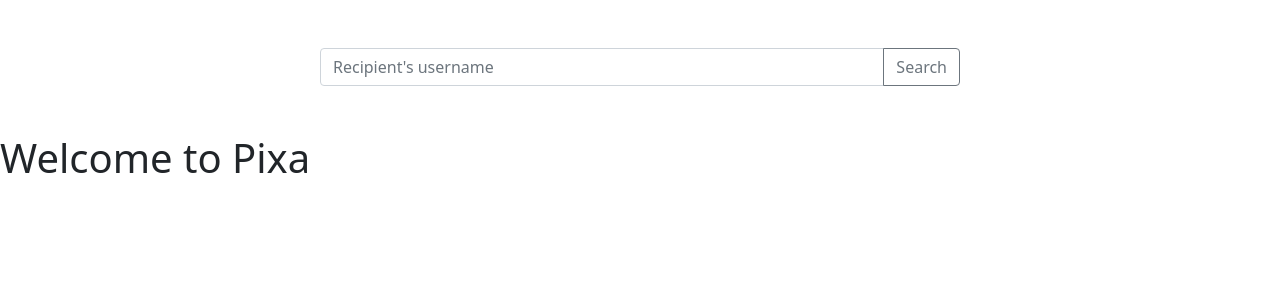
Repository: mehedi9465/PixaBay-Gallery
Page: index.html
The author's editor kept a copy of each file at every save. The page is drawn from the files as they stood at one save, then again after the next save.
The browser window is 1280 px wide. The pictures show the whole page.

Above is the page before, as saved 2023-05-09 15:04:19.

After the next save:
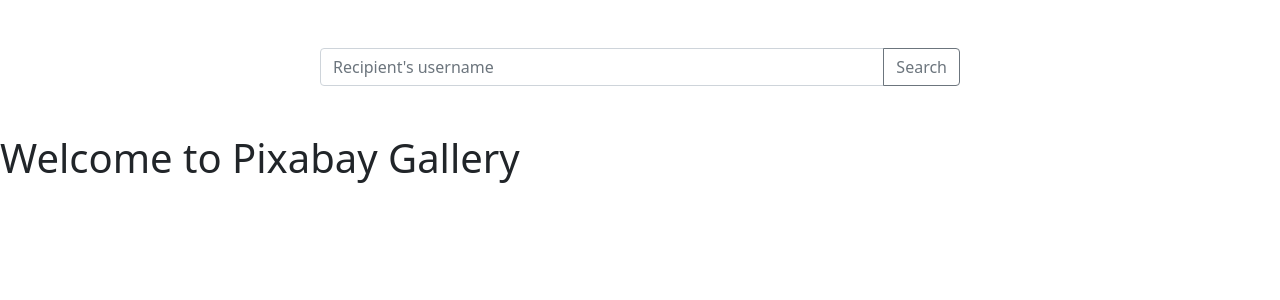
Saved 5 s later.
--- a/index.html
+++ b/index.html
@@ -42,7 +42,7 @@
           Search
         </button>
       </div>
-      <h1>Welcome to Pixa</h1>
+      <h1>Welcome to Pixabay Gallery</h1>
       <div
         id="details"
         class="text-center mb-5 position-relative overflow-auto"
